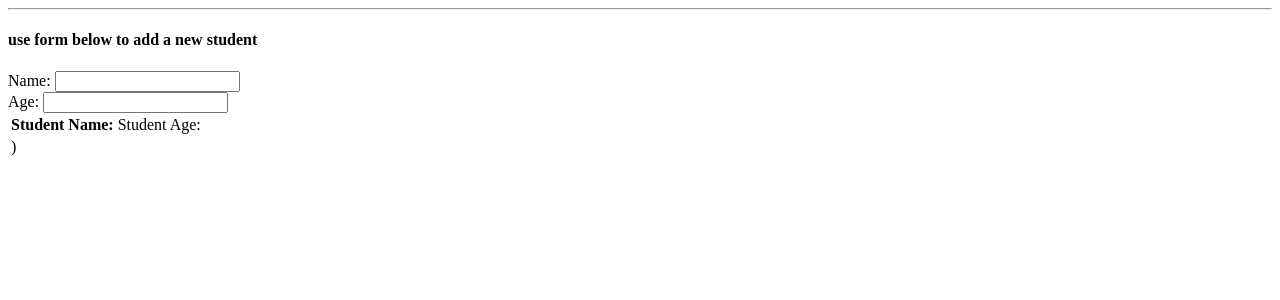
Repository: Sokthai/Data-Structure
Page: http://localhost/DynamicWeb/viewStudent.jsp
An editor plug-in stored every save of this project. The page is shown before and after the next save, followed by the edit.
The browser window is 1280 px wide. The pictures show the whole page.
The page is served by Tomcat 9. Other server files are loaded and not shown. The template is opened directly, without the code that normally fills it, so the values that code supplies are empty.

Above is the page before, as saved 2019-02-19 19:54:35.

### DynamicWeb/WebContent/viewStudent.jsp
<%@ page language="java" contentType="text/html; charset=ISO-8859-1"
    pageEncoding="ISO-8859-1"%>
<!DOCTYPE html PUBLIC "-//W3C//DTD HTML 4.01 Transitional//EN" "http://www.w3.org/TR/html4/loose.dtd">
<html>
<head>
<meta http-equiv="Content-Type" content="text/html; charset=ISO-8859-1">
<title>View Student</title>
</head>
<body>
	<table>
		<tr><th>Student Name: </th> <td>Student Age:</td></tr>
		<% System.out.println("you can write java code in jsp with this tag"); %>
		<c:forEach var="student" items="${students}"}
			<tr><td>${student.name})</td><td>${student.age}</td></tr>
		</c:forEach>
		<hr>
		<h4>use form below to add a new student</h4>
		<form method="post">
			Name: <input type="text" name="name"/>
			<br/>
			Age: <input type="number" name="age"/>


		</form>
	</table>
</body>
</html>

After the next save:
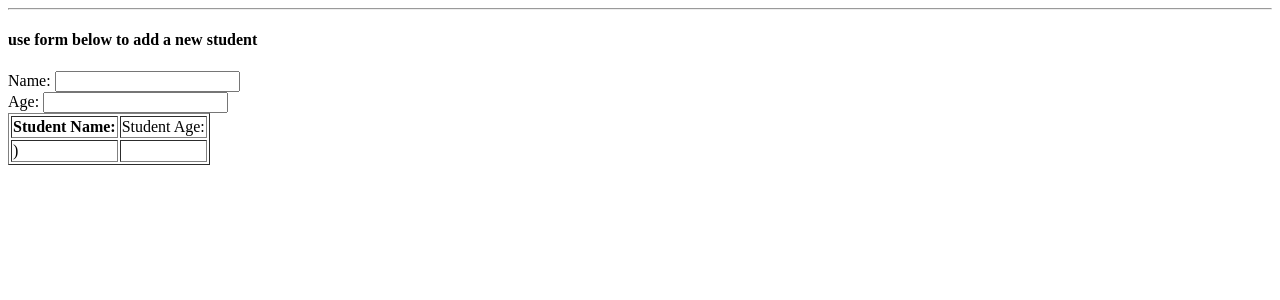
Saved 37 s later.
--- a/DynamicWeb/WebContent/viewStudent.jsp
+++ b/DynamicWeb/WebContent/viewStudent.jsp
@@ -7,7 +7,7 @@
 <title>View Student</title>
 </head>
 <body>
-	<table>
+	<table border="1px solid">
 		<tr><th>Student Name: </th> <td>Student Age:</td></tr>
 		<% System.out.println("you can write java code in jsp with this tag"); %>
 		<c:forEach var="student" items="${students}"}
